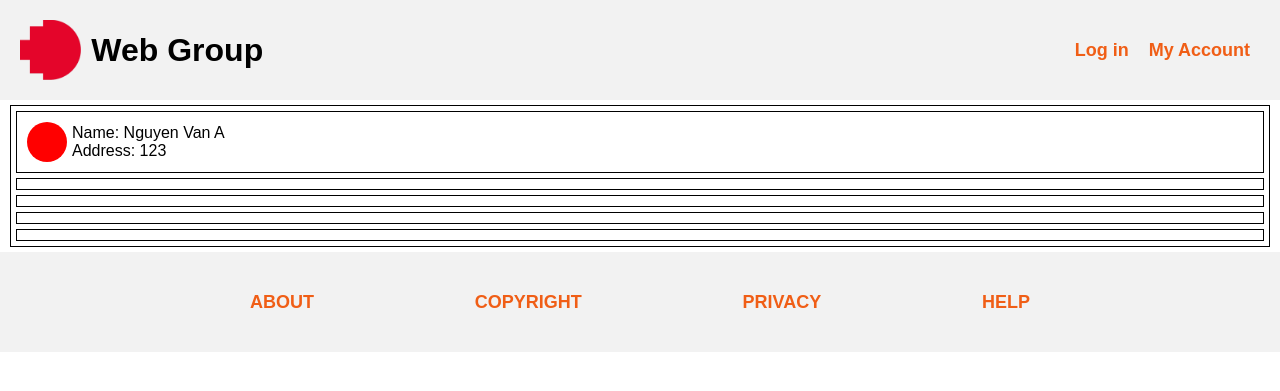
Repository: quynguyn/shoopingweb
Page: shipper.html
An editor plug-in stored every save of this project. The page is shown before and after a run of saves, followed by the edit.
The browser window is 1280 px wide. The pictures show the whole page.

Above is the page before, as saved 2023-05-04 15:08:02.

### shipper.html
<!DOCTYPE html>
<html lang="en">

<head>
	<meta charset="UTF-8">
	<meta http-equiv="X-UA-Compatible" content="IE=edge">
	<meta name="viewport" content="width=device-width, initial-scale=1.0">
	<title>Shipper</title>
	<link rel="stylesheet" href="Asset/CSS/style.css">
	<link rel="stylesheet" href="Asset/CSS/shipper.css">
</head>

<body>
	<!-- Header of the page -->
	<header>
		<div class="logo">
			<img src="logo.png" alt="Web Group Logo">
			<h1>Web Group</h1>
		</div>
		<nav>
			<ul>
				<li><a href="#">Log in</a></li>
				<li><a href="#">My Account</a></li>
			</ul>
		</nav>
	</header>
	<div class="main-container">
		<div class="orders-container">
			<div class="order">
				<div class="activity">
					<svg height="50" width="50">
						<circle cx="25" cy="25" r="20" fill="red" />
					</svg>
				</div>

				<div class="information-container">
					<div class="information">
						<pre>Name: </pre>
						<p class="name">Nguyen Van A</p>
					</div>

					<div class="information">
						<pre>Address: </pre>
						<p class="name">123 </p>
					</div>
				</div>
			</div>
			<div class="order">

			</div>
			<div class="order">

			</div>
			<div class="order">

			</div>
			<div class="order">

			</div>
		</div>
	</div>
	<!-- Footer of the page -->
	<footer>
		<div class="footer-links">
			<a href="#">About</a>
			<a href="#">Copyright</a>
			<a href="#">Privacy</a>
			<a href="#">Help</a>
		</div>
	</footer>

</body>

</html>

### Asset/CSS/style.css
/* Reset CSS */
:root {
    --main-color: #F58216;
    --primary-color: #ffb347;
    --secondary-color: #f05e16;
    --white-color: #f2f2f2;
    /* change the name */
}

/* Reset CSS  */
* {
    padding: 0;
    margin: 0;
    box-sizing: border-box;
    text-decoration: none;
    font-family: Arial, Helvetica, sans-serif;
}

/* Header CSS */
header {
    height: 100px;
    background-color:var(--white-color);
    display: flex;
    justify-content: space-between;
    align-items: center;
    padding: 0 20px;
  }

  .logo {
    display: flex;
    align-items: center;
  }

  .logo img {
    height: 60px;
    margin-right: 10px;
  }

  nav ul {
    display: flex;
    list-style: none;
    margin: 0;
    padding: 0;


  }

  nav ul li {
    margin: 0 10px;
  }

  nav ul li a {
    text-decoration: none;
    font-size: 18px;
    font-weight: bold;
    color: var(--secondary-color);
  }

  /* Footer css */
  footer {
    height: 100px;
    background-color: var(--white-color);
    display: flex;
    justify-content: center;
    align-items: center;
    color: var(--white-color);
  }

  footer div {
    display: flex;
    justify-content: space-between;
    width: 80%;
    max-width: 800px;
  }

  footer div a {
    color: var(--secondary-color);
    text-decoration: none;
    margin: 0 10px;
    text-transform: uppercase;
    font-weight: bold;
    font-size: large;
  }

### Asset/CSS/shipper.css
.main-container {
	margin: 5px;
}

.orders-container {
	margin: 5px;
	border: 1px solid black;
}

.order {
	margin: 5px;
	border: 1px solid black;
	padding: 5px;
	display: flex;
	flex-direction: row;
	align-items: center;
}

.activity {
	width: 50px;
	height: 50px;
}

.information {
	display: flex;
	flex-direction: row;
	align-items: center;
}

After the next 2 saves:
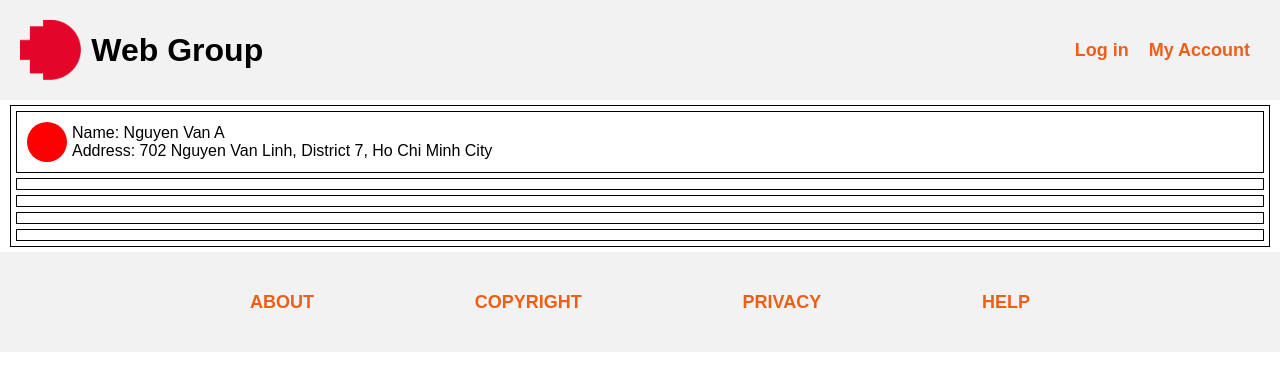
The 2 saves are shown as one change because they came seconds apart.
The last was saved 29 s later.
--- a/shipper.html
+++ b/shipper.html
@@ -41,7 +41,7 @@
 
 					<div class="information">
 						<pre>Address: </pre>
-						<p class="name">123 </p>
+						<p class="name">702 Nguyen Van Linh, District 7, Ho Chi Minh City</p>
 					</div>
 				</div>
 			</div>
